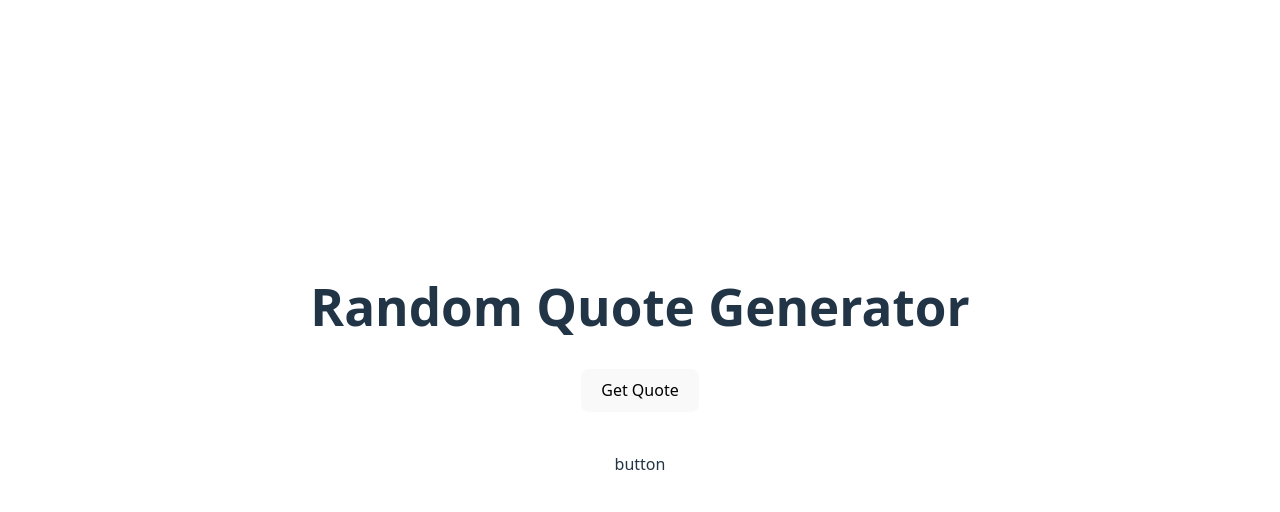
Repository: Vaibhav979/Quote-Generator
Page: / (app in QuoteGen-View/)
The author's editor kept a copy of each file at every save. The page is drawn from the files as they stood at one save, then again after a run of saves.
The browser window is 1280 px wide. The pictures show the whole page.
The project was rebuilt for these pictures with package versions that can differ from the ones it lists, and the page was loaded fresh each time. Also part of the build but not shown: QuoteGen-View/vite.config.js.

Above is the page before, as saved 2025-08-13 14:09:22.

After the next 5 saves:
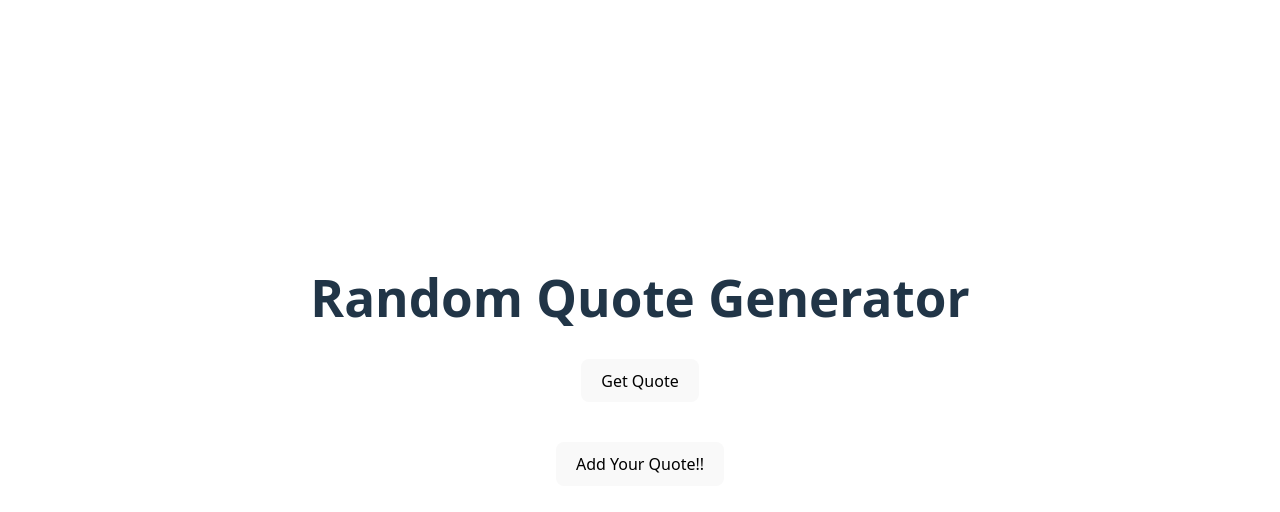
The 5 saves are shown as one change because they came seconds apart.
The last was saved 17 s later.
--- a/QuoteGen-View/src/App.jsx
+++ b/QuoteGen-View/src/App.jsx
@@ -22,7 +22,7 @@ function App() {
         <button onClick={fetchQuote}>Get Quote</button>
         <p>{quote}</p>
         <br />
-        button
+        <button>Add Your Quote!!</button>
       </div>
     </>
   );
